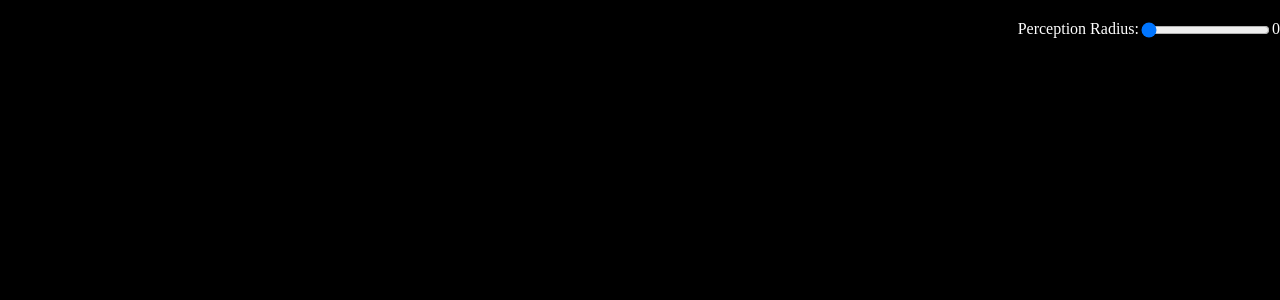
Repository: eltonsampaio12/boids
Page: index.html
These files come from the project's save history. The page is drawn as it stood at one moment and after the next save; the edit follows.
The browser window is 1280 px wide. The pictures show the whole page.

Above is the page before, as saved 2024-01-29 16:07:36.
Not found: main.ts

### index.html
<!DOCTYPE html>
<html lang="en">
  <head>
    <meta charset="utf-8" />
    <title>My first three.js app</title>
    <style>
      body {
        margin: 0;
        background-color: black;
      }
      .perceptionRadiusLabel {
        color: white;
      }

      .perceptionRadiusParent {
        display: flex;
        justify-content: flex-end;
        margin-left: 10px;
        margin-top: 20px;
      }

      .perceptionRadiusValue {
        color: white;
      }
      span {
        color: white;
      }
    </style>
  </head>
  <body>
    <script type="module" src="/main.ts"></script>

    <div class="perceptionRadiusParent">
      <label class="perceptionRadiusLabel" for="perceptionRadiusSlider"
        >Perception Radius:</label
      >
      <input
        type="range"
        id="perceptionRadiusSlider"
        min="1"
        max="100"
        value="1"
        step="1"
      />

      <span id="perceptionRadiusValue">0</span>
    </div>
  </body>
</html>

After the next save:
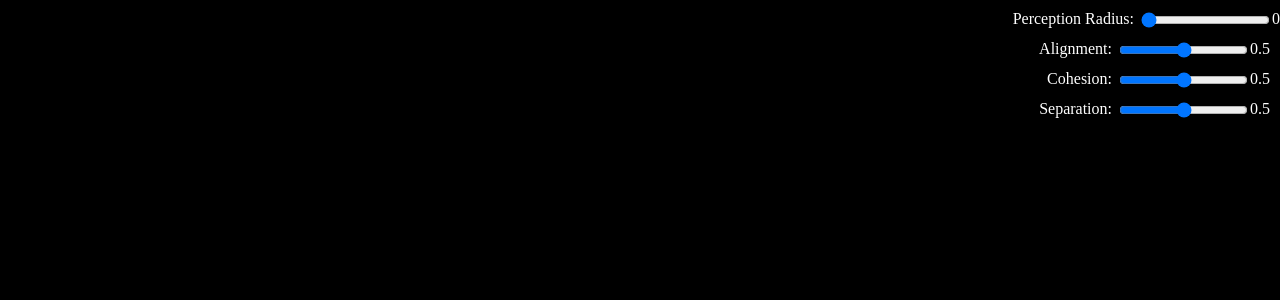
Saved 2 min 56 s later.
--- a/index.html
+++ b/index.html
@@ -8,20 +8,26 @@
         margin: 0;
         background-color: black;
       }
-      .perceptionRadiusLabel {
+      .perceptionRadiusLabel,
+      .alignmentLabel,
+      .cohesionLabel,
+      .separationLabel {
         color: white;
+        margin-right: 5px;
       }
 
-      .perceptionRadiusParent {
+      .parameterParent {
         display: flex;
         justify-content: flex-end;
         margin-left: 10px;
-        margin-top: 20px;
+        margin-top: 10px;
       }
 
-      .perceptionRadiusValue {
+      .parameterValue {
         color: white;
+        margin-right: 10px;
       }
+
       span {
         color: white;
       }
@@ -30,7 +36,7 @@
   <body>
     <script type="module" src="/main.ts"></script>
 
-    <div class="perceptionRadiusParent">
+    <div class="parameterParent">
       <label class="perceptionRadiusLabel" for="perceptionRadiusSlider"
         >Perception Radius:</label
       >
@@ -42,8 +48,46 @@
         value="1"
         step="1"
       />
+      <span id="perceptionRadiusValue">0</span>
+    </div>
 
-      <span id="perceptionRadiusValue">0</span>
+    <div class="parameterParent">
+      <label class="alignmentLabel" for="alignmentSlider">Alignment:</label>
+      <input
+        type="range"
+        id="alignmentSlider"
+        min="0"
+        max="1"
+        value="0.5"
+        step="0.1"
+      />
+      <span class="parameterValue" id="alignmentValue">0.5</span>
+    </div>
+
+    <div class="parameterParent">
+      <label class="cohesionLabel" for="cohesionSlider">Cohesion:</label>
+      <input
+        type="range"
+        id="cohesionSlider"
+        min="0"
+        max="1"
+        value="0.5"
+        step="0.1"
+      />
+      <span class="parameterValue" id="cohesionValue">0.5</span>
+    </div>
+
+    <div class="parameterParent">
+      <label class="separationLabel" for="separationSlider">Separation:</label>
+      <input
+        type="range"
+        id="separationSlider"
+        min="0"
+        max="1"
+        value="0.5"
+        step="0.1"
+      />
+      <span class="parameterValue" id="separationValue">0.5</span>
     </div>
   </body>
 </html>
